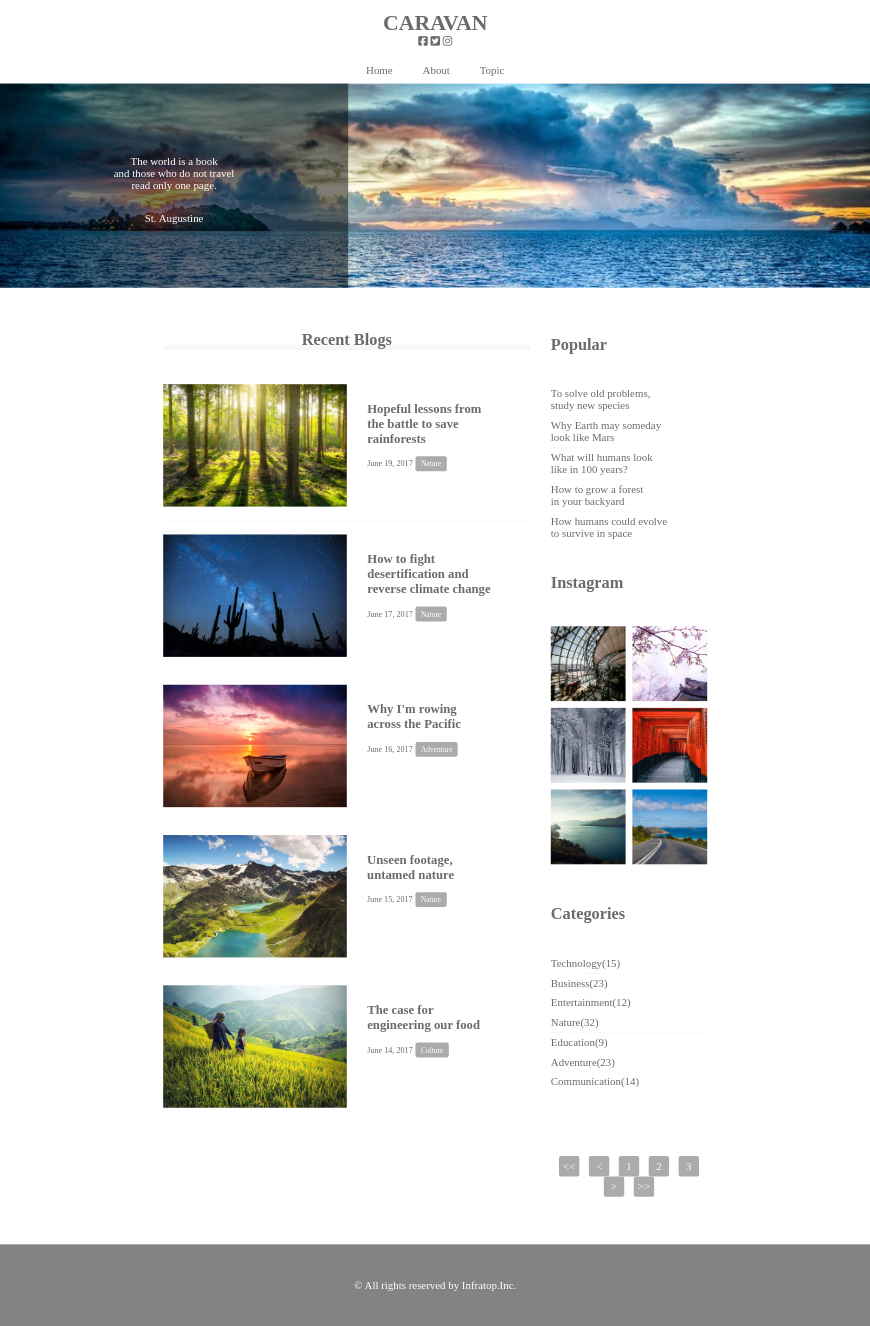
Repository: Hirotaka-DWC/dmm_webcamp_task_1
Page: caravan/index.html
The author's editor kept a record of every edit. The page is drawn from the files as they stood at one moment, then again after the next edit.
The browser window is 1280 px wide. The pictures show the whole page, at 68% of full size.
Some web libraries are served in a nearby version.

Above is the page before.

### caravan/index.html
<!DOCTYPE html>
<html lang="ja">
  <head>
    <meta charset="UTF-8" />
    <meta name="viewport" content="width=device-width,initial-scale=1.0">
    <script src="https://kit.fontawesome.com/d6fdb5c676.js" crossorigin="anonymous"></script>
    <!-- CSSファイルの読み込み -->
    <link rel="stylesheet" href="style.css" />
    <title>CARAVAN</title>
  </head>

  <body>
    <!-- header -->
    <header>
      <h1 class="heading">
        <a href="index.html">
          CARAVAN
        </a>
      </h1>
       <div class="social">
             <i class="fab fa-facebook-square"></i>
    <i class="fab fa-twitter-square"></i>
    <i class="fab fa-instagram"></i>
       </div>
    </header>
        <!-- navigation -->
    <nav>
      <ul class="nav-list">
        <li class="nav-list-item">
          <a href="index.html">Home</a>
        </li>
        <li class="nav-list-item">About</li>
        <li class="nav-list-item">Topic</li>
      </ul>
    </nav>
    <div class="main-visual">
      <div class="main-visual-content">
        <p class="main-visual-text">
          The world is a book<br />
          and those who do not travel<br />
          read only one page.
        </p>
        <p class="main-visual-name">
          St. Augustine
        </p>
      </div>
    </div>
    <main>
      <section class="blog">
        <h2 class="blog-heading">Recent Blogs</h2>
                        <div class="blog-box">
          <div class="blog-item">
            <img class="blog-image" src="img/forest.jpg" />
            <section class="blog-text">
              <h3 class="blog-text-heading">
                <a href="single.html">
                  Hopeful lessons from<br>
                  the battle to save<br>
                  rainforests
                </a>
              </h3>
              <p class="blog-date">June 19, 2017</p>
              <span class="category">Nature</span>
            </section>
          </div>
          <div class="blog-item">
            <img class="blog-image" src="img/desert.jpg" />
            <section class="blog-text">
              <h3 class="blog-text-heading">
                <a href="single.html">
                  How to fight<br>
                  desertification and<br>
                  reverse climate change
                </a>
              </h3>
              <p class="blog-date">June 17, 2017</p>
              <span class="category">Nature</span>
            </section>
          </div>
          <div class="blog-item">
            <img class="blog-image" src="img/sunset.jpg" />
            <section class="blog-text">
              <h3 class="blog-text-heading">
                <a href="single.html">
                  Why I'm rowing<br>
                  across the Pacific
                </a>
              </h3>
              <p class="blog-date">June 16, 2017</p>
              <span class="category">Adventure</span>
            </section>
          </div>
          <div class="blog-item">
            <img class="blog-image" src="img/italy.jpg" />
            <section class="blog-text">
              <h3 class="blog-text-heading">
                <a href="single.html">
                  Unseen footage,<br>
                  untamed nature
                </a>
              </h3>
              <p class="blog-date">June 15, 2017</p>
              <span class="category">Nature</span>
            </section>
          </div>
          <div class="blog-item">
            <img class="blog-image" src="img/asia.jpg" />
            <section class="blog-text">
              <h3 class="blog-text-heading">
                <a href="single.html">
                  The case for<br>
                  engineering our food
                </a>
              </h3>
              <p class="blog-date">June 14, 2017</p>
              <span class="category">Culture</span>
            </section>
          </div>
        </div>
      </section>
            <div class="sidebar">
        <section class="popular">
          <h2 class="popular-heading common-heading">Popular</h2>
          <div class="sidebar-contents">
            <p class="popular-text">To solve old problems,<br>study new species</p>
            <p class="popular-text">Why Earth may someday<br>look like Mars</p>
            <p class="popular-text">What will humans look<br>like in 100 years?</p>
            <p class="popular-text">How to grow a forest<br>in your backyard</p>
            <p class="popular-text">How humans could evolve<br>to survive in space</p>
          </div>
        </section>
        <section class="instagram">
          <h2 class="instagram-heading common-heading">Instagram</h2>
          <div class="sidebar-contents">
            <div class="instagram-box"></div>
            <div class="instagram-box"></div>
            <div class="instagram-box"></div>
            <div class="instagram-box"></div>
            <div class="instagram-box"></div>
            <div class="instagram-box"></div>
          </div>
        </section>
        <section class="categories">
          <h2 class="categories-heading common-heading">Categories</h2>
          <div class="sidebar-contents">
            <p class="categories-text">Technology(15)</p>
            <p class="categories-text">Business(23)</p>
            <p class="categories-text">Entertainment(12)</p>
            <p class="categories-text">Nature(32)</p>
            <p class="categories-text">Education(9)</p>
            <p class="categories-text">Adventure(23)</p>
            <p class="categories-text">Communication(14)</p>
          </div>
        </section>
        <div class="pagination">
          <p><<</p>
          <p><</p>
          <p>1</p>
          <p>2</p>
          <p>3</p>
          <p>></p>
          <p>>></p>
        </div>
      </div>
    </main>
    <footer>
      <p class="footer-text">© All rights reserved by Infratop.Inc.</p>
    </footer>
  </body>
</html>

### caravan/style.css
/* ブラウザがそれぞれ持っているCSSをリセットするための記述 */
* {
  margin: 0;
  padding: 0;
  box-sizing: border-box;
  color: #6c6b6b;
}

a {
  text-decoration: none;
}

header {
  width: 90%; /* 横幅90% */
  padding: 15px 0;
  margin: 0 auto;
  text-align: center;
}

header .heading { /* headerタグ内のheadingクラスにのみ反映される */
  font-size: 32px;
}

.nav-list {
  text-align: center;
  padding: 10px 0;
  margin: 0 auto;
}

.nav-list-item {
  list-style: none;
  display: inline-block;
  margin: 0 20px;
}

.main-visual {
  width: 100%; /* 横幅いっぱい */
  height: 300px; /* 高さ300px */
  background-image: url(img/mv.jpg);
  background-size: cover; /* 縦横比を維持したまま背景領域を埋め尽くす */
  background-position: center; /* 背景画像を中央に配置 */
}

.main-visual-content {
  width: 40%; /* 横幅40% */
  height: 300px; /* 親の高さに揃える */
  background-color: rgba( 0, 0, 0, 0.5); /* 背景色を半透明の黒にする */
  padding-top: 105px; /* 上側の内側余白で垂直方向の位置を調整 */
  text-align: center;
}

.main-visual-text {
  color: #fff; /* 文字色を白に変更 */
}

.main-visual-name {
  margin-top: 30px; /* 上側の外側の余白 */
  color: #fff; /* 文字色を白に変更 */
}

main {
  width: 800px; /* 横幅800px */
  display: flex; /* Flexboxの利用 */
  justify-content: center; /* 要素の横並び・中央寄せ */
  margin: 0 auto; /* 要素の中央揃え */
  padding: 70px 0; /* 上下に70px、左右に0pxの内側余白 */
}

.blog {
  width: 540px;
  margin-right: 30px; /* 領域の右側余白 */
}

.blog-heading {
  border-bottom: 8px solid #f7f7f7;
  text-align: center;
  line-height: 0.6;
}

.blog-box {
  padding-top: 50px;
}

.blog-item {
  padding-bottom: 20px;
  margin-bottom: 20px;
  border-bottom: 1px solid #f7f7f7;
  display: flex;
  justify-content: flex-start;
}

.blog-image {
  height: 180px;
}

.blog-text {
  padding: 25px 0 0 30px;
}

.blog-text-heading {
  padding-bottom: 15px;
}

.blog-date {
  font-size: 12px;
  display: inline-block;
}

.category {
  display: inline-block;
  padding: 5px 8px;
  background-color: #acabab;
  border-radius: 3px;
  color: #fff;
  font-size: 11px;
}

.sidebar {
  width: 230px;
}

common-heading {
  border-bottom: 8px solid #f7f7f7;
  text-align: center;
  line-height: 0.6;
}

.sidebar-contents {
  padding: 50px 0;
}

.popular-text,
.categories-text {
  padding-bottom: 5px;
  border-bottom: 1px solid #f7f7f7;
  margin-bottom: 5px;
}

.popular-text:last-child,
.categories-text:last-child {
  margin: 0;
  padding: 0;
  border: none;
}

.instagram .sidebar-contents {
  display: flex;
  flex-wrap: wrap;
}

.instagram-box {
  width: 110px;
  padding-top: 110px;
  background-size: cover;
  background-position: center;
  margin-bottom: 10px;
}

.instagram-box:nth-child(odd) {
  margin: 0 10px 10px 0;
}

.instagram-box:nth-child(1) {
  background-image: url(img/airport.jpg);
}

.instagram-box:nth-child(2) {
  background-image: url(img/japan.jpg);
}

.instagram-box:nth-child(3) {
  background-image: url(img/snow.jpg);
}

.instagram-box:nth-child(4) {
  background-image: url(img/japan2.jpg);
}

.instagram-box:nth-child(5) {
  background-image: url(img/lake.jpg);
}

.instagram-box:nth-child(6) {
  background-image: url(img/road.jpg);
}

.pagination {
  text-align: center;
  padding-top: 50px;
}

.pagination p {
  display: inline-block;
  width: 30px;
  height: 30px;
  margin: 0 5px;
  color: #fff;
  background-color: #acabab;
  border-radius: 3px;
  line-height: 30px;
}

footer {
  width: 100%;
  height: 120px;
  text-align: center;
  line-height: 120px;
  background-color: #848282;
}

.footer-text {
  color: #fff;
}

After the next edit:
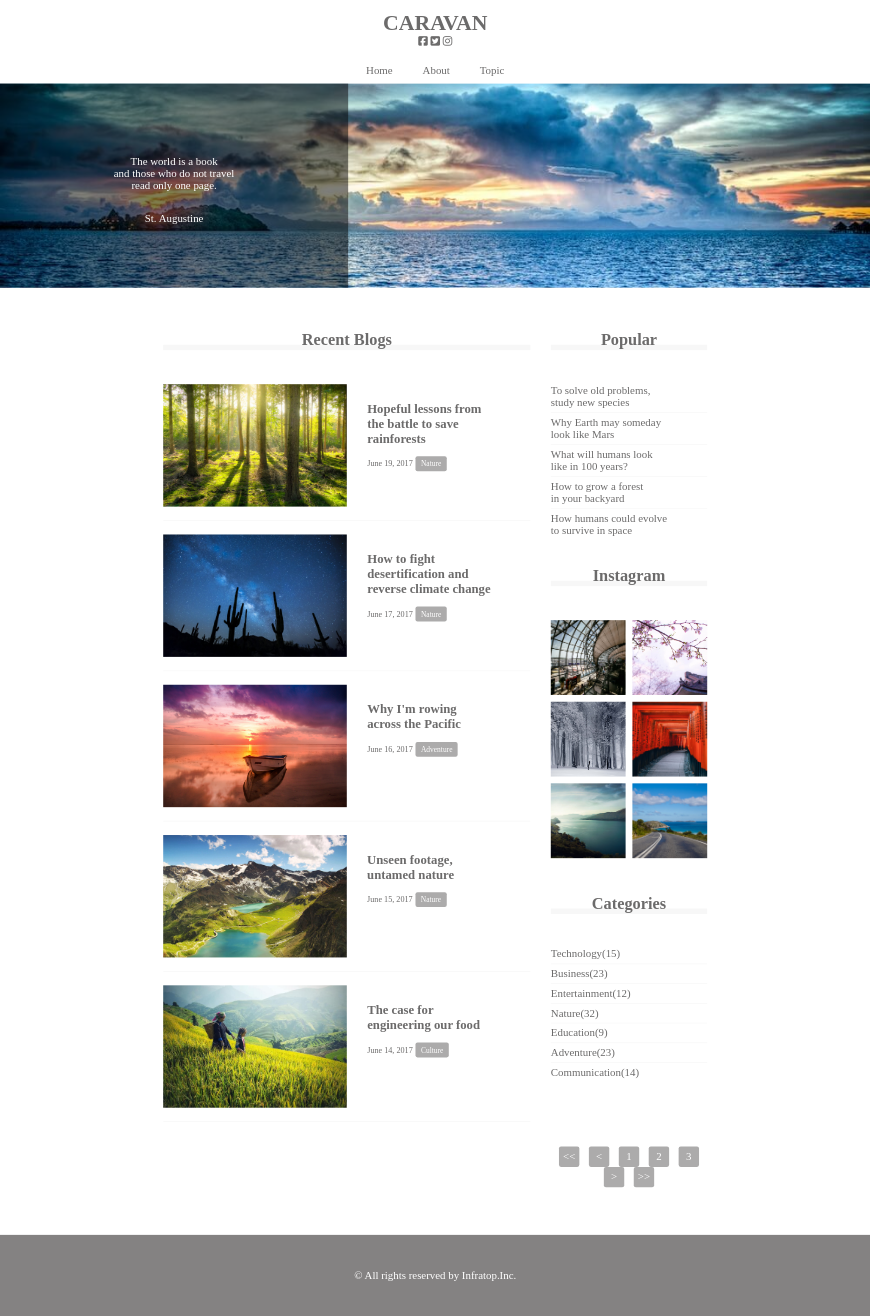
The edit:
--- a/caravan/style.css
+++ b/caravan/style.css
@@ -119,7 +119,7 @@
   width: 230px;
 }
 
-common-heading {
+.common-heading {
   border-bottom: 8px solid #f7f7f7;
   text-align: center;
   line-height: 0.6;
